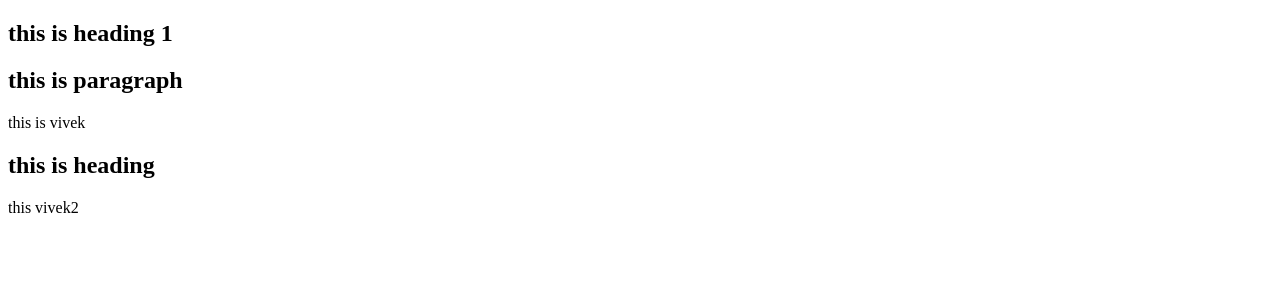
Repository: viveknaidu007/repo-115-JavaScript
Page: 21._dom.html
The author's editor kept a copy of each file at every save. The page is drawn from the files as they stood at one save, then again after the next save.
The browser window is 1280 px wide. The pictures show the whole page.

Above is the page before, as saved 2024-06-24 13:52:20.

After the next save:
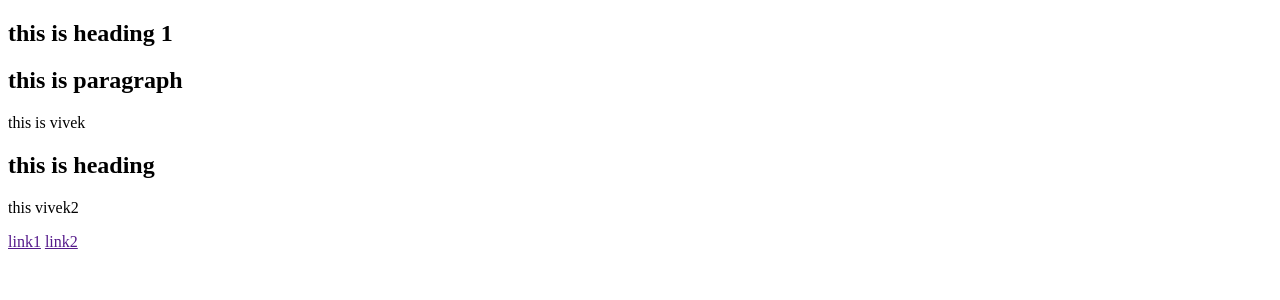
Saved 99 s later.
--- a/21._dom.html
+++ b/21._dom.html
@@ -19,6 +19,9 @@
             <p>this vivek2</p>
         </div>
 
+        <a href=""> link1</a>
+        <a href=""> link2</a>
+
         <script>
             console.log(document)
         </script>
